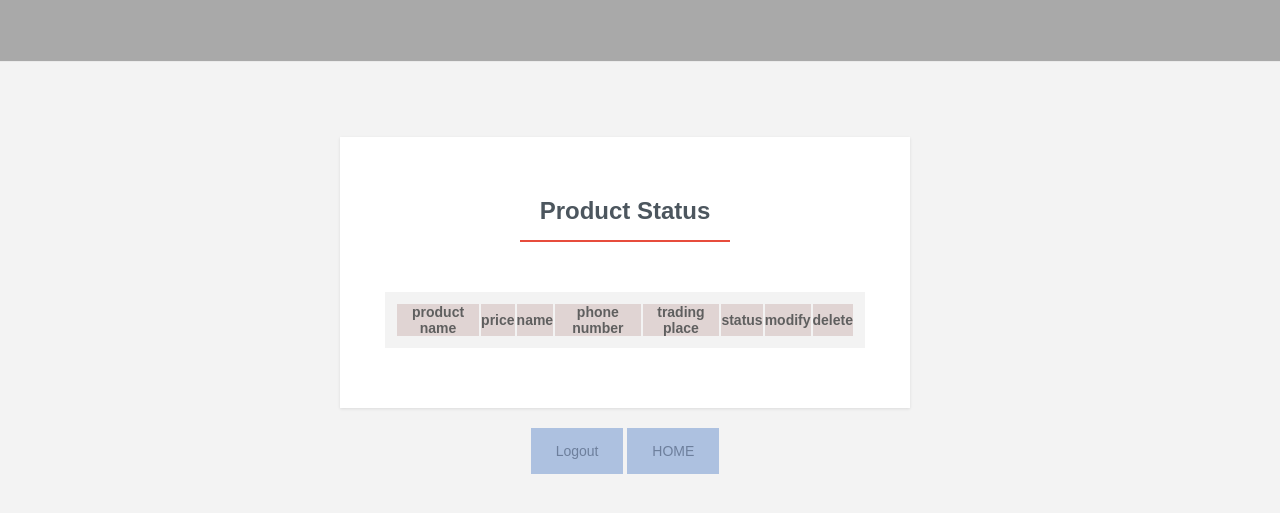
Repository: 0suh/SKKU_Web_project
Page: http://localhost/2018312257_YoungSuhChin_project/productstatus.jsp
The author's editor kept a copy of each file at every save. The page is drawn from the files as they stood at one save, then again after the next save.
The browser window is 1280 px wide. The pictures show the whole page.
The page is served by Tomcat 9. Queries for data that is not in the repository find no rows.

Above is the page before, as saved 2020-12-20 14:53:44.

After the next save:
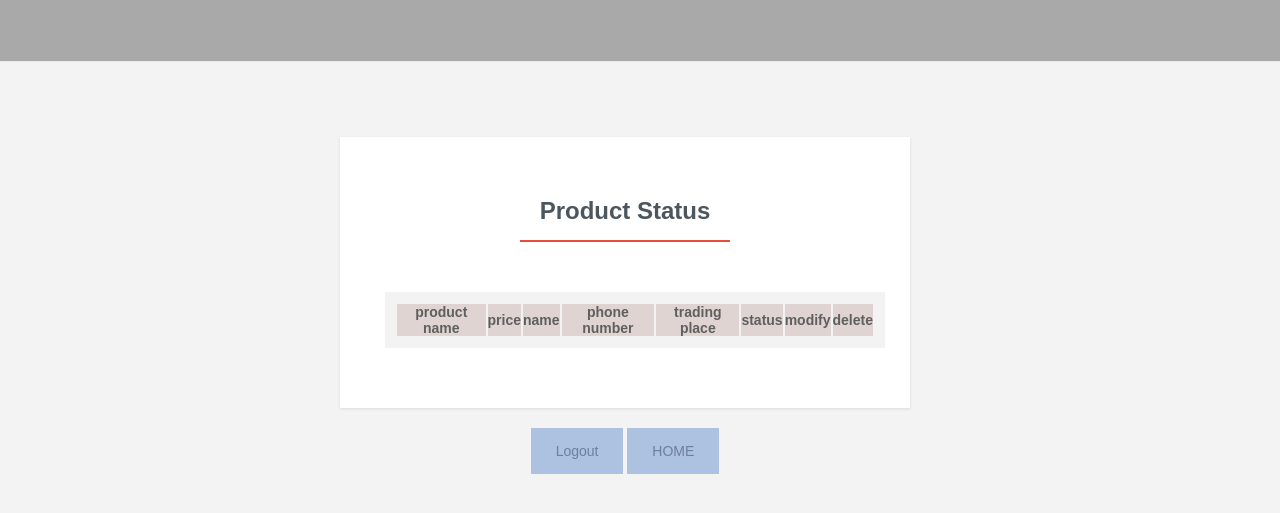
Saved 20 s later.
--- a/FinalProject/2018312257_YoungSuhChin_project/WebContent/productstatus.jsp
+++ b/FinalProject/2018312257_YoungSuhChin_project/WebContent/productstatus.jsp
@@ -33,7 +33,7 @@ try
 	String query="select productname,price,name,phonenumber,tradingplace,status from product"; //sql select query
 	rs=stmt.executeQuery(query); //execute query and store in resultset object rs.
 %>
-   <form class="form-register" action="memberdelete.jsp" method="post" style="width:100%"> <!-- goto memberdelete.jsp -->
+   <form class="form-register" action="memberdelete.jsp" method="post" > <!-- goto memberdelete.jsp -->
 
    <div class="form-register-with-ID">
    <div class="form-white-background">
@@ -41,7 +41,7 @@ try
     <h1>Product Status</h1>
     </div>
 
-   <table style="color:#5f5f5f;background-color: #f3f3f3;text-align: center;padding:10px;width:100%;margin:0px auto">
+   <table style="color:#5f5f5f;background-color: #f3f3f3;text-align: center;padding:10px;width:500px;margin:0px auto">
 
    <tr style="background-color:#e0d4d3">
    <td>product name</td> <!-- table for product name -->
